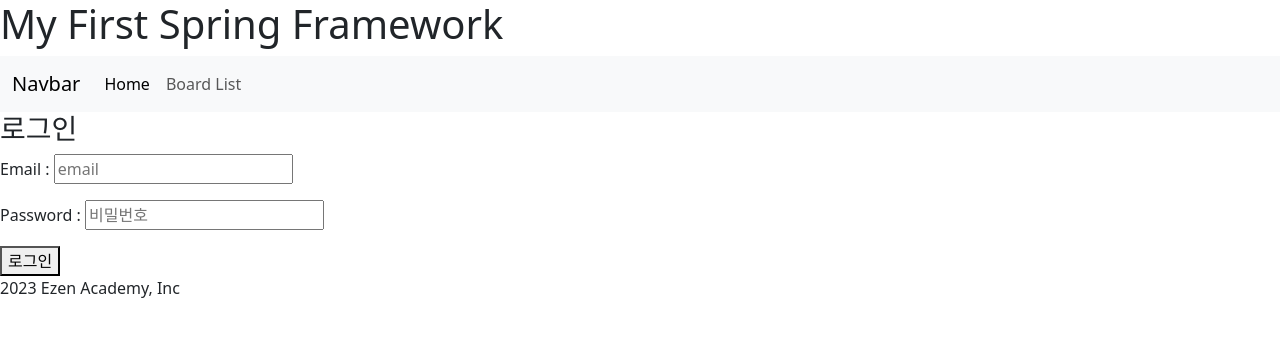
Repository: ffinky99/spring
Page: http://localhost/_springProject/WEB-INF/views/member/login.jsp
An editor plug-in stored every save of this project. The page is shown before and after the next save, followed by the edit.
The browser window is 1280 px wide. The pictures show the whole page.
The page is served by Tomcat 9. Nobody is signed in. The template is opened directly, without the code that normally fills it, so the values that code supplies are empty.

Above is the page before, as saved 2023-10-30 10:55:40.
Console error: TypeError: Cannot read properties of null (reading 'addEventListener')

After the next save:
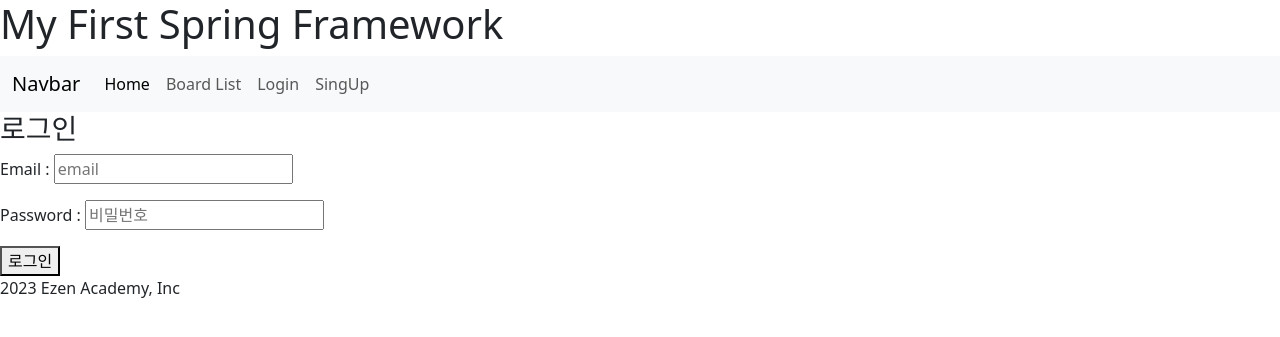
Saved 32 s later.
--- a/_springProject/src/main/webapp/WEB-INF/views/common/nav.jsp
+++ b/_springProject/src/main/webapp/WEB-INF/views/common/nav.jsp
@@ -68,7 +68,7 @@
 
 
 						<!-- 로그아웃 해야 open -->
-						<sec:authorize access="isAnonymus()">
+						<sec:authorize access="isAnonymous()">
 						<li class="nav-item"><a class="nav-link" href="/member/login">Login</a></li>
 						<li class="nav-item"><a class="nav-link"
 							href="/member/register">SingUp</a></li>
